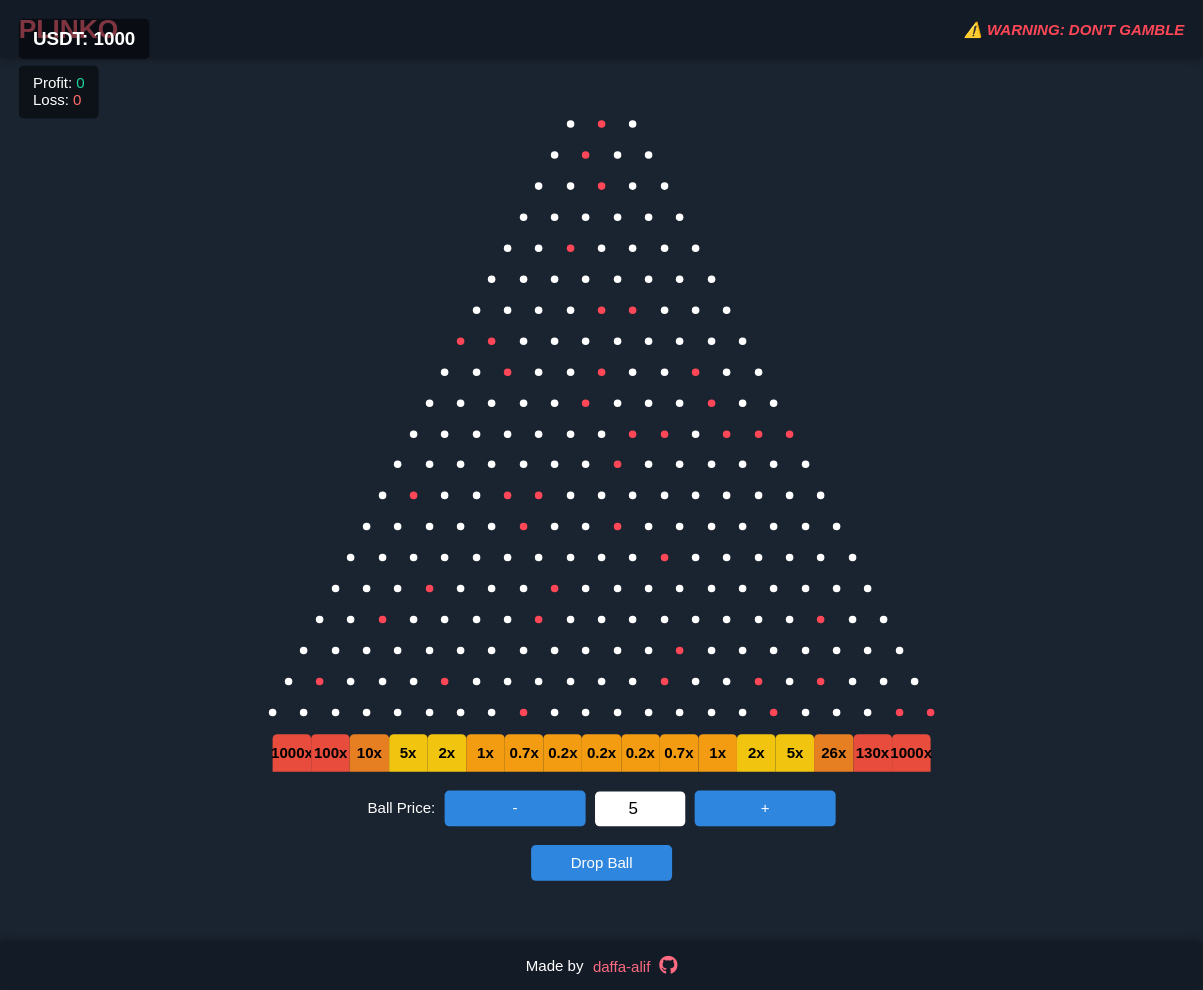
Repository: daffa-alif/PLINKO-JS
Page: index.html
The author's editor kept a copy of each file at every save. The page is drawn from the files as they stood at one save, then again after a run of saves.
The browser window is 1280 px wide. The pictures show the whole page, at 94% of full size.

Above is the page before, as saved 2025-03-07 09:38:54.

### index.html
<!DOCTYPE html>
<html lang="en">
<head>
    <meta charset="UTF-8">
    <meta name="viewport" content="width=device-width, initial-scale=1.0">
    <title>Plinko Game</title>
    <link rel="stylesheet" href="https://cdnjs.cloudflare.com/ajax/libs/font-awesome/6.4.0/css/all.min.css">
    <link rel="stylesheet" href="styles.css">
</head>
<body>
    <!-- Header -->
    <header class="header">
        <div class="logo">PLINKO</div>
        <div class="warning">⚠️ WARNING: DON'T GAMBLE</div>
    </header>

    <!-- Main Content -->
    <div class="main-content">
        <div class="balance">USDT: <span id="balance">1000</span></div>
        <div class="statistics">
            Profit: <span id="profit" class="profit">0</span><br>
            Loss: <span id="loss" class="loss">0</span>
        </div>
        <div class="container">
            <div class="plinko-board" id="plinkoBoard"></div>
            <div class="controls">
                <div class="price-controls">
                    <span>Ball Price:</span>
                    <button id="decreasePrice">-</button>
                    <input type="number" id="ballPrice" value="5" min="5" max="1000">
                    <button id="increasePrice">+</button>
                </div>
                <button id="dropButton">Drop Ball</button>
                <div class="results" id="results"></div>
            </div>
        </div>
    </div>

    <!-- Footer -->
    <footer class="footer">
        <div class="footer-content">
            Made by
            <a href="https://github.com/daffa-alif" target="_blank">
                daffa-alif
                <i class="fab fa-github github-icon"></i>
            </a>
        </div>
    </footer>

    <script src="script.js">
    </script>
</body>
</html>

### styles.css
body {
    background-color: #1a2430;
    font-family: Arial, sans-serif;
    display: flex;
    flex-direction: column;
    min-height: 100vh;
    margin: 0;
    color: white;
    overflow-x: hidden;
}

/* HEADER STYLES */
.header {
    background-color: #131b26;
    padding: 15px 0;
    display: flex;
    justify-content: space-between;
    align-items: center;
    width: 100%;
    box-shadow: 0 2px 10px rgba(0, 0, 0, 0.3);
    position: relative;
    z-index: 100;
}

.logo {
    font-size: 28px;
    font-weight: bold;
    margin-left: 20px;
    color: #ff6b81;
}

.warning {
    color: #ff4757;
    font-weight: bold;
    margin-right: 20px;
    font-style: italic;
}

/* MAIN CONTENT STYLES */
.main-content {
    flex: 1;
    display: flex;
    justify-content: center;
    align-items: center;
    padding: 20px 0;
}

.container {
    position: relative;
    width: 600px;
    height: 900px;
    display: flex;
    flex-direction: column;
    align-items: center;
}

.plinko-board {
    position: relative;
    width: 500px;
    height: 800px;
}

.peg {
    position: absolute;
    width: 8px;
    height: 8px;
    background-color: white;
    border-radius: 50%;
    transform: translate(-50%, -50%);
}

.highlight-peg {
    background-color: #ff4757;
}

.ball {
    position: absolute;
    width: 16px;
    height: 16px;
    background-color: #ff6b81;
    border-radius: 50%;
    z-index: 10;
    transform: translate(-50%, -50%);
}

.buckets {
    display: flex;
    width: 100%;
    justify-content: space-between;
    position: absolute;
    bottom: 0;
}

.bucket {
    width: 55px;
    height: 40px;
    display: flex;
    justify-content: center;
    align-items: center;
    font-weight: bold;
    color: black;
    border-top-left-radius: 5px;
    border-top-right-radius: 5px;
}

.controls {
    margin-top: 20px;
    display: flex;
    flex-direction: column;
    align-items: center;
    gap: 10px;
    width: 100%;
}

button {
    padding: 10px 20px;
    font-size: 16px;
    border: none;
    border-radius: 5px;
    background-color: #2e86de;
    color: white;
    cursor: pointer;
    width: 150px;
}

button:hover {
    background-color: #54a0ff;
}

button:disabled {
    background-color: #7f8c8d;
    cursor: not-allowed;
}

.balance {
    position: absolute;
    top: 20px;
    left: 20px;
    font-size: 20px;
    font-weight: bold;
    background-color: rgba(0, 0, 0, 0.5);
    padding: 10px 15px;
    border-radius: 5px;
    z-index: 100;
}

.statistics {
    position: absolute;
    top: 70px;
    left: 20px;
    font-size: 16px;
    background-color: rgba(0, 0, 0, 0.5);
    padding: 10px 15px;
    border-radius: 5px;
    z-index: 100;
}

.profit {
    color: #1dd1a1;
}

.loss {
    color: #ff6b6b;
}

.price-controls {
    display: flex;
    align-items: center;
    gap: 10px;
    margin-bottom: 10px;
}

input {
    padding: 8px;
    width: 80px;
    text-align: center;
    font-size: 18px;
    border-radius: 5px;
    border: none;
}

.results {
    margin-top: 10px;
    font-size: 18px;
    color: #1dd1a1;
    height: 25px;
}

.falling-ball-animation {
    display: block;
    position: absolute;
    top: 0;
    left: 50%;
    transform: translateX(-50%);
    width: 16px;
    height: 16px;
    background-color: #ff6b81;
    border-radius: 50%;
    z-index: 11;
    animation: fallAnimation 1s ease-in;
}

@keyframes fallAnimation {
    0% {
        top: -20px;
    }
    100% {
        top: 20px;
    }
}

/* FOOTER STYLES */
.footer {
    background-color: #131b26;
    padding: 15px 0;
    text-align: center;
    width: 100%;
    box-shadow: 0 -2px 10px rgba(0, 0, 0, 0.3);
}

.footer-content {
    display: flex;
    justify-content: center;
    align-items: center;
    gap: 10px;
}

.footer-content a {
    color: #ff6b81;
    text-decoration: none;
    transition: color 0.3s;
}

.footer-content a:hover {
    color: #ff4757;
}

.github-icon {
    font-size: 20px;
    margin-left: 5px;
}

### script.js
// Game configuration
const config = {
    rows: 20,                // Increased from 16 to 20 rows for taller board
    pegsStartCount: 3,       // Start with 3 pegs at the top row
    ballSpeed: 0.5,
    gravity: 0.15,
    friction: 0.99,
    pegInfluence: 0.6,
    maxActiveBalls: 10,
    // Updated multipliers to match the image exactly
    multipliers: [1000, 100, 10, 5, 2, 1, 0.7, 0.2, 0.2, 0.2, 0.7, 1, 2, 5, 26, 130, 1000],
    horizontalSpacingFactor: 1.4
};

let balance = 1000;
let totalProfit = 0;
let totalLoss = 0;
let ballPrice = 30;
let activeBalls = [];
let pegLayout = [];

// Initialize the board
function initializeBoard() {
    const board = document.getElementById('plinkoBoard');
    const boardWidth = board.clientWidth;
    const boardHeight = board.clientHeight;

    // Calculate peg spacing for the wider triangular pattern
    const horizontalSpacing = (boardWidth / (config.rows + 1)) * config.horizontalSpacingFactor;
    const verticalSpacing = (boardHeight - 80) / (config.rows);

    // Create pegs in a triangular pattern with progressive row lengths
    for (let row = 0; row < config.rows; row++) {
        // Calculate number of pegs in this row (increase by 1 for each row, starting with config.pegsStartCount)
        const pegsInRow = config.pegsStartCount + row;

        // Calculate the starting position for the first peg in the row
        const rowStartX = boardWidth / 2 - (horizontalSpacing * (pegsInRow - 1)) / 2;

        for (let col = 0; col < pegsInRow; col++) {
            const peg = document.createElement('div');
            peg.className = 'peg';

            // Add some highlight pegs (red pegs)
            if (Math.random() < 0.2) {
                peg.classList.add('highlight-peg');
            }

            // Calculate position for evenly distributed pegs
            const offsetX = rowStartX + col * horizontalSpacing;
            const offsetY = verticalSpacing * row + 50;

            peg.style.left = `${offsetX}px`;
            peg.style.top = `${offsetY}px`;

            board.appendChild(peg);

            // Store peg position for collision detection
            pegLayout.push({
                x: offsetX,
                y: offsetY,
                highlight: peg.classList.contains('highlight-peg'),
                element: peg
            });
        }
    }

    // Create buckets - FIXED VERSION
    const buckets = document.createElement('div');
    buckets.className = 'buckets';

    // Get the last row of pegs to align buckets with
    const lastRowPegs = pegLayout.slice(-config.pegsStartCount - config.rows + 1);
    const leftmostPeg = lastRowPegs[0].x;
    const rightmostPeg = lastRowPegs[lastRowPegs.length - 1].x;
    const bucketAreaWidth = rightmostPeg - leftmostPeg;

    // Define colors for buckets based on multipliers
    const getColorForMultiplier = (multiplier) => {
        if (multiplier >= 100) return '#e74c3c';      // Red for highest multipliers
        if (multiplier >= 10) return '#e67e22';       // Orange for high multipliers
        if (multiplier >= 2) return '#f1c40f';        // Yellow for medium multipliers
        return '#f39c12';                             // Gold for low multipliers
    };

    // Set the buckets container width to match the width of the last row of pegs
    buckets.style.width = `${bucketAreaWidth}px`;
    buckets.style.left = `${leftmostPeg}px`;
    buckets.style.position = 'absolute';

    // Add bucket divs to match the multipliers
    const multiplierCount = config.multipliers.length;
    const bucketWidth = bucketAreaWidth / multiplierCount;

    for (let i = 0; i < multiplierCount; i++) {
        const bucket = document.createElement('div');
        bucket.className = 'bucket';
        bucket.style.backgroundColor = getColorForMultiplier(config.multipliers[i]);
        bucket.textContent = `${config.multipliers[i]}x`;
        bucket.style.width = `${bucketWidth}px`;
        buckets.appendChild(bucket);
    }

    board.appendChild(buckets);
}

// Create a falling ball animation
function showBallDropAnimation() {
    return new Promise(resolve => {
        const board = document.getElementById('plinkoBoard');
        const fallingBall = document.createElement('div');
        fallingBall.className = 'falling-ball-animation';
        board.appendChild(fallingBall);

        setTimeout(() => {
            fallingBall.remove();
            resolve();
        }, 500);
    });
}

// Create a ball and start animation
async function dropBall() {
    const currentBallPrice = parseInt(document.getElementById('ballPrice').value);
    if (balance < currentBallPrice) {
        document.getElementById('results').textContent = "Not enough balance!";
        setTimeout(() => {
            document.getElementById('results').textContent = "";
        }, 2000);
        return;
    }

    // Check if we've reached the maximum number of active balls
    if (activeBalls.length >= config.maxActiveBalls) {
        document.getElementById('results').textContent = "Too many balls in play!";
        setTimeout(() => {
            document.getElementById('results').textContent = "";
        }, 2000);
        return;
    }

    // Deduct ball price from balance
    balance -= currentBallPrice;
    document.getElementById('balance').textContent = balance;

    // Show the ball drop animation
    await showBallDropAnimation();

    const board = document.getElementById('plinkoBoard');
    const boardWidth = board.clientWidth;

    // Ball starts at the top center of the board
    const ball = document.createElement('div');
    ball.className = 'ball';
    ball.style.left = `${boardWidth / 2}px`;
    ball.style.top = '20px';
    board.appendChild(ball);

    // Create a new ball object
    const newBall = {
        element: ball,
        id: Date.now(),
        x: boardWidth / 2,
        y: 20,
        vx: (Math.random() - 0.5) * 0.5,
        vy: 1,
        radius: 8,
        price: currentBallPrice
    };

    // Add ball to active balls array
    activeBalls.push(newBall);

    // Start animation if it's not already running
    if (activeBalls.length === 1) {
        requestAnimationFrame(animateAllBalls);
    }
}

// Animate all active balls
function animateAllBalls(timestamp) {
    if (activeBalls.length === 0) return;

    const board = document.getElementById('plinkoBoard');
    const boardWidth = board.clientWidth;
    const boardHeight = board.clientHeight;

    // Get bucket positions for collision detection - FIXED VERSION
    const buckets = document.querySelector('.buckets');
    const bucketsRect = buckets.getBoundingClientRect();
    const boardRect = board.getBoundingClientRect();

    const bucketsLeft = bucketsRect.left - boardRect.left;
    const bucketsWidth = bucketsRect.width;
    const bucketCount = config.multipliers.length;
    const bucketWidth = bucketsWidth / bucketCount;

    // Process each active ball
    for (let i = activeBalls.length - 1; i >= 0; i--) {
        const ball = activeBalls[i];

        // Apply gravity
        ball.vy += config.gravity;

        // Apply friction
        ball.vx *= config.friction;
        ball.vy *= config.friction;

        // Update position
        ball.x += ball.vx;
        ball.y += ball.vy;

        // Collision with side walls
        if (ball.x - ball.radius < 0) {
            ball.x = ball.radius;
            ball.vx = -ball.vx * 0.5;
        } else if (ball.x + ball.radius > boardWidth) {
            ball.x = boardWidth - ball.radius;
            ball.vx = -ball.vx * 0.5;
        }

        // Collision with pegs
        for (const peg of pegLayout) {
            const dx = ball.x - peg.x;
            const dy = ball.y - peg.y;
            const distance = Math.sqrt(dx * dx + dy * dy);

            if (distance < ball.radius + 6) {
                // Calculate the angle of collision
                const angle = Math.atan2(dy, dx);

                // Move the ball outside of the peg
                const newX = peg.x + (ball.radius + 6) * Math.cos(angle);
                const newY = peg.y + (ball.radius + 6) * Math.sin(angle);

                ball.x = newX;
                ball.y = newY;

                // Add randomness to the bounce but with a slight bias toward outer edges
                let randomness = (Math.random() * 2 - 1) * config.pegInfluence;

                // Very subtle bias toward edges
                if (ball.x < boardWidth * 0.3) {
                    randomness -= 0.05; // Slight bias leftward
                } else if (ball.x > boardWidth * 0.7) {
                    randomness += 0.05; // Slight bias rightward
                }

                // Update velocity with a bounce effect and randomness
                const speed = Math.sqrt(ball.vx * ball.vx + ball.vy * ball.vy);
                ball.vx = Math.cos(angle + randomness) * speed;
                ball.vy = Math.sin(Math.abs(angle + randomness)) * speed; // Keep ball moving downward

                // Highlight the peg temporarily
                peg.element.style.backgroundColor = '#ffdd59';
                setTimeout(() => {
                    peg.element.style.backgroundColor = peg.highlight ? '#ff4757' : 'white';
                }, 100);
            }
        }

        // Check if ball reached bucket level
        if (ball.y > boardHeight - 60) {
            // Calculate which bucket the ball fell into based on the fixed buckets position - FIXED VERSION
            let bucketIndex = -1;

            // Check if the ball is within the bucket area
            if (ball.x >= bucketsLeft && ball.x <= bucketsLeft + bucketsWidth) {
                // Calculate the bucket index based on the ball's position relative to the buckets
                bucketIndex = Math.floor((ball.x - bucketsLeft) / bucketWidth);
                bucketIndex = Math.min(bucketIndex, bucketCount - 1);
            } else {
                // If the ball is outside the bucket area, put it in the nearest edge bucket
                bucketIndex = ball.x < bucketsLeft ? 0 : bucketCount - 1;
            }

            // Apply multiplier to the bet
            const multiplier = config.multipliers[bucketIndex];
            const winAmount = Math.floor(ball.price * multiplier);
            balance += winAmount;
            document.getElementById('balance').textContent = balance;

            // Update profit/loss statistics
            if (winAmount > ball.price) {
                const profit = winAmount - ball.price;
                totalProfit += profit;
                document.getElementById('profit').textContent = totalProfit;
            } else if (winAmount < ball.price) {
                const loss = ball.price - winAmount;
                totalLoss += loss;
                document.getElementById('loss').textContent = totalLoss;
            }

            // Display result message
            const resultElement = document.getElementById('results');
            if (winAmount > ball.price) {
                resultElement.textContent = `You won ${winAmount} USDT!`;
                resultElement.style.color = '#1dd1a1';
            } else if (winAmount < ball.price) {
                resultElement.textContent = `You lost ${ball.price - winAmount} USDT`;
                resultElement.style.color = '#ff6b6b';
            } else {
                resultElement.textContent = `You broke even!`;
                resultElement.style.color = '#f7d794';
            }

            // Highlight the winning bucket
            const bucketElements = document.querySelectorAll('.bucket');
            bucketElements[bucketIndex].style.transform = 'translateY(-5px)';
            setTimeout(() => {
                bucketElements[bucketIndex].style.transform = 'translateY(0)';
            }, 300);

            // Remove ball from DOM
            ball.element.remove();

            // Remove ball from active balls array
            activeBalls.splice(i, 1);
        }

        // Update ball position in DOM
        ball.element.style.left = `${ball.x}px`;
        ball.element.style.top = `${ball.y}px`;
    }

    // Continue animation if there are still active balls
    if (activeBalls.length > 0) {
        requestAnimationFrame(animateAllBalls);
    }
}

// Initialize the game
window.addEventListener('DOMContentLoaded', () => {
    initializeBoard();

    // Update balance display
    document.getElementById('balance').textContent = balance;

    // Add event listener for the drop button
    document.getElementById('dropButton').addEventListener('click', () => {
        dropBall();
    });

    // Add event listeners for ball price adjustment
    document.getElementById('decreasePrice').addEventListener('click', () => {
        const priceInput = document.getElementById('ballPrice');
        let currentPrice = parseInt(priceInput.value);
        if (currentPrice > 5) {
            priceInput.value = currentPrice - 5;
        }
    });

    document.getElementById('increasePrice').addEventListener('click', () => {
        const priceInput = document.getElementById('ballPrice');
        let currentPrice = parseInt(priceInput.value);
        if (currentPrice < 1000) {
            priceInput.value = currentPrice + 5;
        }
    });

    // Ensure ball price is valid
    document.getElementById('ballPrice').addEventListener('change', (e) => {
        let value = parseInt(e.target.value);
        if (isNaN(value) || value < 5) {
            e.target.value = 5;
        } else if (value > 1000) {
            e.target.value = 1000;
        }
    });
});

After the next 3 saves:
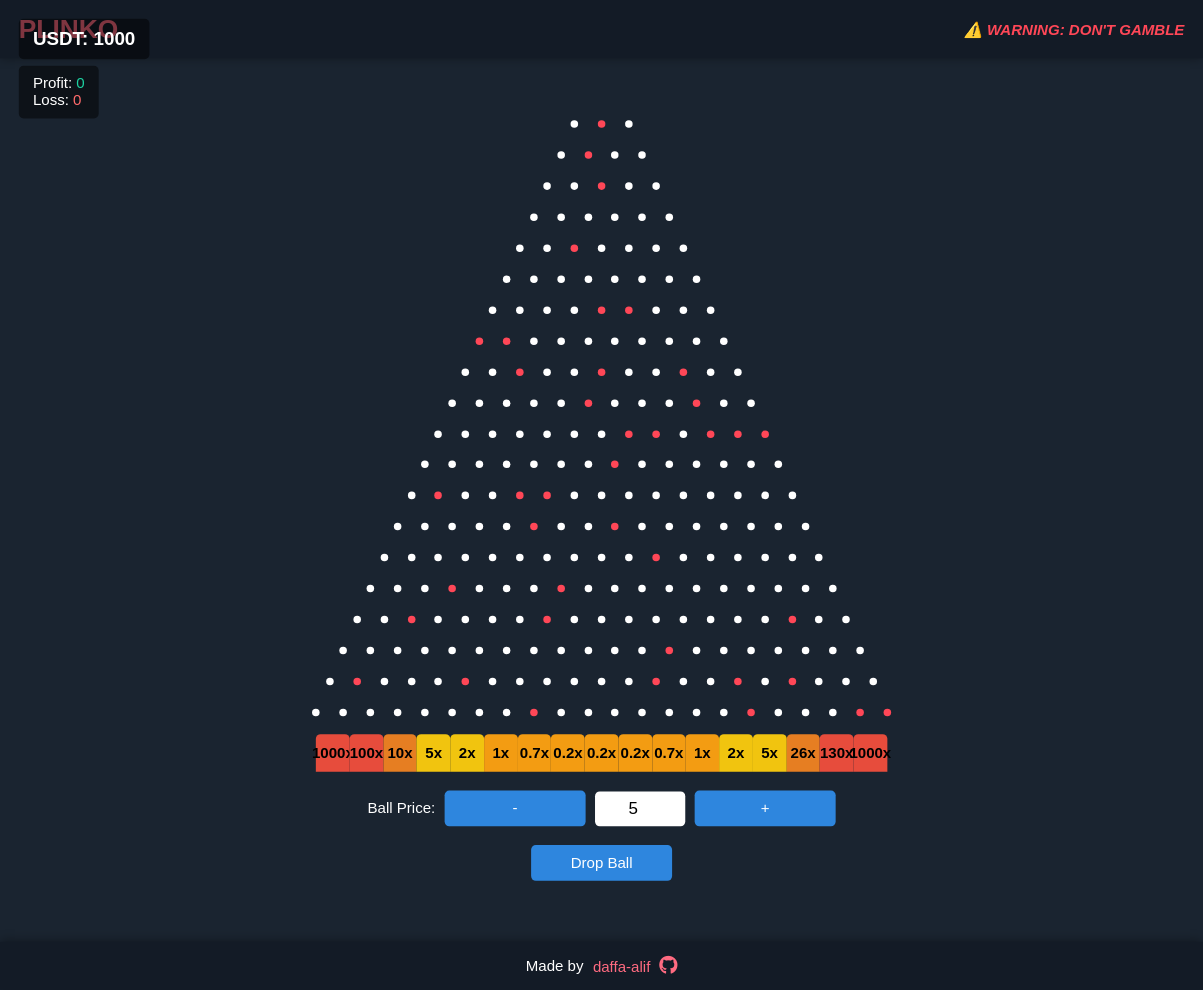
The 3 saves are shown as one change because they came seconds apart.
The last was saved 37 s later.
--- a/script.js
+++ b/script.js
@@ -9,7 +9,7 @@ const config = {
     maxActiveBalls: 10,
     // Updated multipliers to match the image exactly
     multipliers: [1000, 100, 10, 5, 2, 1, 0.7, 0.2, 0.2, 0.2, 0.7, 1, 2, 5, 26, 130, 1000],
-    horizontalSpacingFactor: 1.4
+    horizontalSpacingFactor: 1.215
 };
 
 let balance = 1000;
